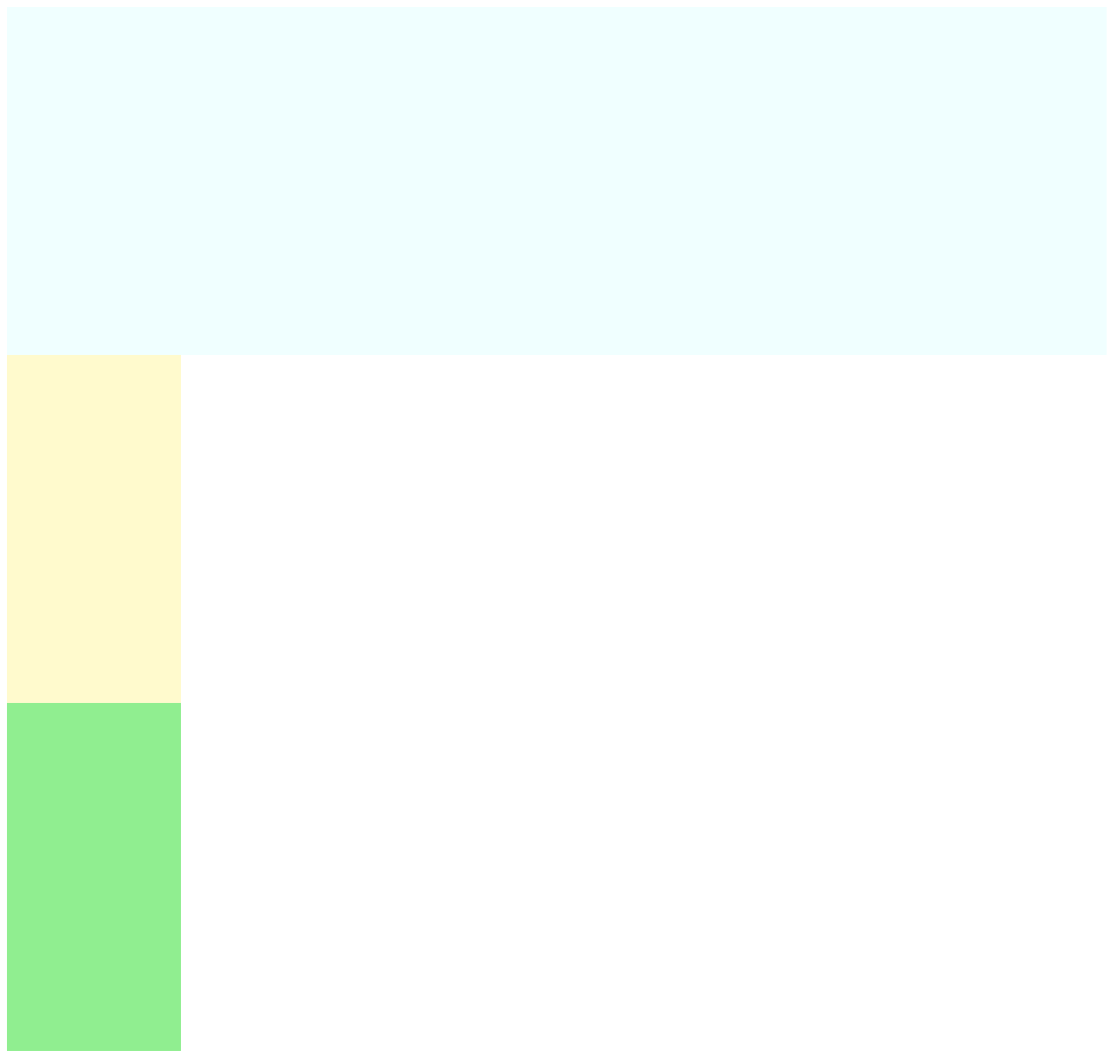
Repository: xzm1997/----
Page: practice/practice.html
An editor plug-in stored every save of this project. The page is shown before and after the next save, followed by the edit.
The browser window is 1280 px wide. The pictures show the whole page, at 87% of full size.

Above is the page before, as saved 2022-09-02 20:42:29.

After the next save:
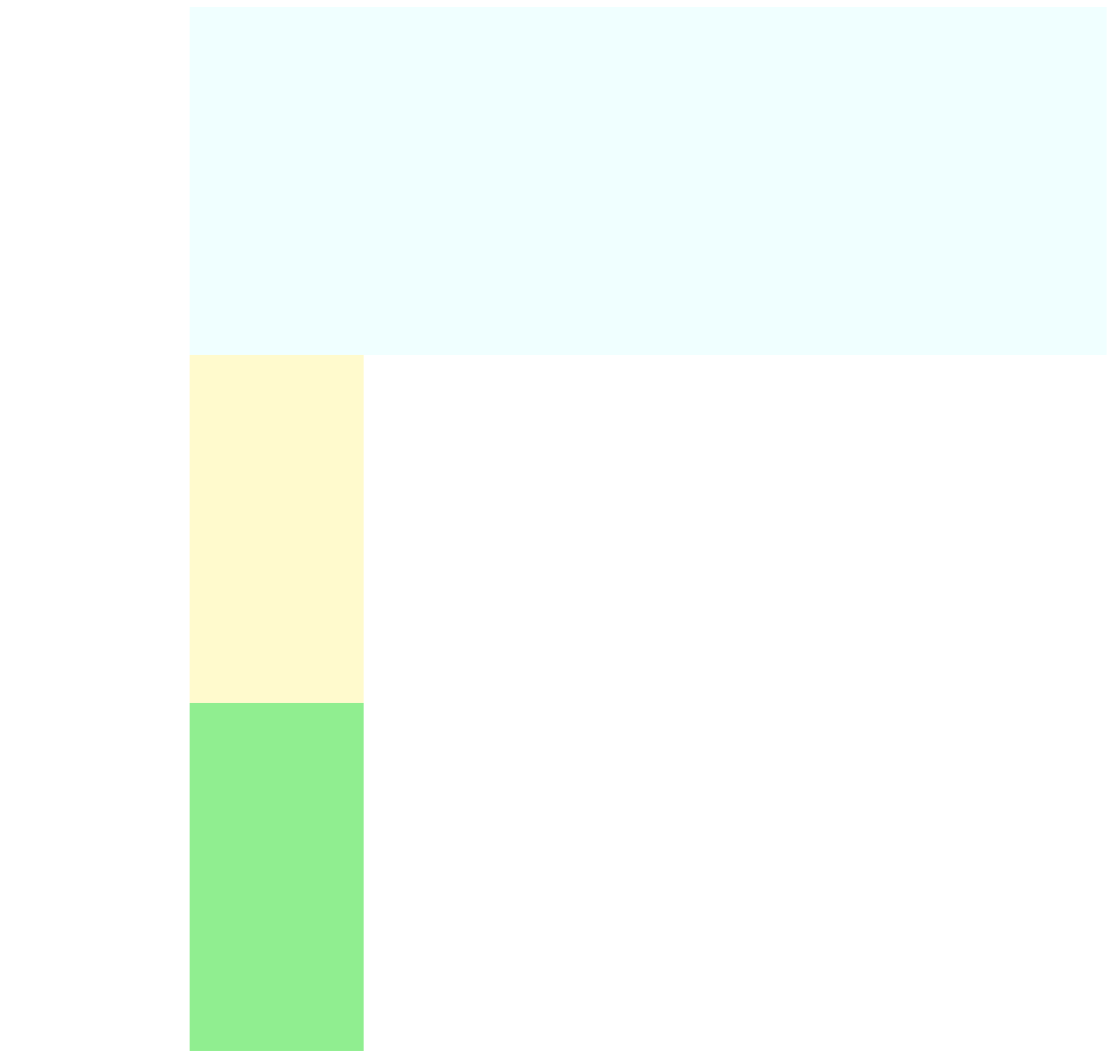
Saved 22 s later.
--- a/practice/practice.html
+++ b/practice/practice.html
@@ -7,7 +7,7 @@
     <title>Document</title>
     <style>
         .content {
-
+            margin-left: 210px;
         }
         .middle {
             height:400px;
